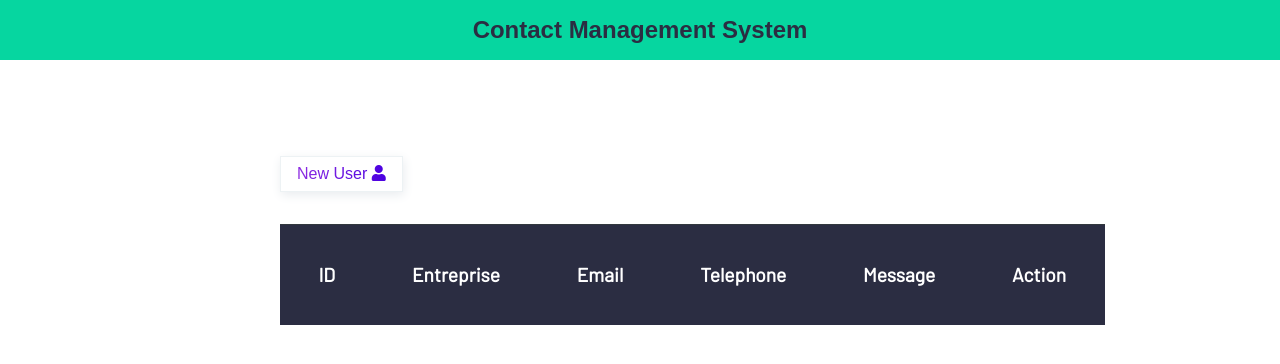
Repository: mohamed-makrani/Global_Development_Service_DBMS
Page: http://localhost/
An editor plug-in stored every save of this project. The page is shown before and after a run of saves, followed by the edit.
The browser window is 1280 px wide. The pictures show the whole page.
Some web fonts or font styles are not loaded; a fallback is used. The page is served by the project's Node server (DBMS/server.js). Other server files are loaded and not shown. Queries for data that is not in the repository find no rows.

Above is the page before, as saved 2024-04-23 17:32:14.

### DBMS/views/index.ejs
<!-- include header -->
<%- include('include/_header') %>
<!-- include header -->

 <!-- Main Site -->
 <main id="site-main">
    <div class="container">
        <div class="box-nav d-flex justify-between">
            <a href="/add-user" class="border-shadow">
                <span class="text-gradient">New User <i class="fas fa-user"></i></span>
            </a>
        </div>

        <!-- form handling -->
        <form action="/" method="POST">
            <table class="table">
                <thead class="thead-dark">
                    <tr>
                        <th>ID</th>
                        <th>Entreprise</th>
                        <th>Email</th>
                        <th>Telephone</th>
                        <th>Message</th>
                        <th>Action</th>
                    </tr>
                </thead>
                <tbody>
                    <%- include('include/_show') %>
                </tbody>
            </table>
        </form>
    </div>
</main>
<!-- /Main Site -->

<!-- include footer -->
<%- include('include/_footer') %>
<!-- /include footer -->

### DBMS/views/include/_header.ejs
<!DOCTYPE html>
<html lang="en">
<head>
    <meta charset="UTF-8">
    <meta name="viewport" content="width=device-width, initial-scale=1.0">
    <title>Management System</title>

    <link rel="stylesheet" href="https://cdnjs.cloudflare.com/ajax/libs/font-awesome/5.15.1/css/all.min.css" integrity="sha512-+4zCK9k+qNFUR5X+cKL9EIR+ZOhtIloNl9GIKS57V1MyNsYpYcUrUeQc9vNfzsWfV28IaLL3i96P9sdNyeRssA==" crossorigin="anonymous" />
    <link rel="stylesheet" href="css/style.css">
</head>
<body>

    <!-- Header -->
        <header id="header">
            <nav>
                <div class="container">
                    <div class="text-center">
                        <a href="/" class="nav-brand text-dark"> Contact Management System </a>
                    </div>
                </div>
            </nav>
        </header>
    <!-- /Header -->

### DBMS/views/include/_show.ejs

<% for(var i = 0; i < users.length; i++) { %>
    <tr>
        <td><%= i + 1 %></td>
        <td><%= users[i].entreprise %></td>
        <td><%= users[i].email %></td>
        <td><%= users[i].telephone %></td>
        <td><%= users[i].message %></td>
        <td>
            <a href="/update-user?id=<%= users[i]._id%>" class="btn border-shadow update">
                <span class="text-gradient"><i class="fas fa-pencil-alt"></i></span>
            </a>
            <a class="btn border-shadow delete" data-id=<%= users[i]._id%> >
                <span class="text-gradient"><i class="fas fa-times"></i></span>
            </a>
        </td>
    </tr>
    <% } %>

### DBMS/server.js
const express = require('express');
const dotenv = require('dotenv');
const morgan = require('morgan');
const bodyparser = require("body-parser");
const path = require('path');

const connectDB = require('./server/database/connection');

const app = express();

dotenv.config( { path : 'config.env'} )

const PORT = process.env.PORT || 8080

// log requests
app.use(morgan('tiny'));

// mongodb connection
connectDB();

// parse request to body-parser
app.use(bodyparser.urlencoded({ extended : true}))

// set view engine
app.set("view engine", "ejs")
//app.set("views", path.resolve(__dirname, "views/ejs"))

// load assets
app.use('/css', express.static(path.resolve(__dirname, "assets/css")))
app.use('/img', express.static(path.resolve(__dirname, "assets/img")))
app.use('/js', express.static(path.resolve(__dirname, "assets/js")))


// load routers
app.use('/', require('./server/routes/router'))


app.listen(PORT, () => {
    console.log(`server is running on port ${PORT}`);
  });

### DBMS/server/controller/controller.js
var Userdb = require('../model/model');

// create and save new user //

exports.create = (req,res)=>{
    // validate request
    if(!req.body){
        res.status(400).send({ message : "Content can not be emtpy!"});
        return;
    }

    // new user
    const user = new Userdb({
        entreprise: req.body.entreprise,
        email : req.body.email,
        telephone : req.body.telephone,
        message  : req.body.message
    })

    // save user in the database
    user
        .save(user)
        .then(data => {
            res.send(data)

        })
        .catch(err =>{
            res.status(500).send({
                message : err.message || "Some error occurred while creating a create operation"
            });
        });

}

// // retrieve and return all users/ retrive and return a single user
exports.find = (req, res)=>{

    if(req.query.id){
        const id = req.query.id;

        Userdb.findById(id)
            .then(data =>{
                if(!data){
                    res.status(404).send({ message : "Not found user with id "+ id})
                }else{
                    res.send(data)
                }
            })
            .catch(err =>{
                res.status(500).send({ message: "Erro retrieving user with id " + id})
            })

    }else{
        Userdb.find()
            .then(user => {
                res.send(user)
            })
            .catch(err => {
                res.status(500).send({ message : err.message || "Error Occurred while retriving user information" })
            })
    }


}

// Update a new idetified user by user id
exports.update = (req, res)=>{
    if(!req.body){
        return res
            .status(400)
            .send({ message : "Data to update can not be empty"})
    }

    const id = req.params.id;
    Userdb.findByIdAndUpdate(id, req.body, { useFindAndModify: false})
        .then(data => {
            if(!data){
                res.status(404).send({ message : `Cannot Update user with ${id}. Maybe user not found!`})
            }else{
                res.send(data)
            }
        })
        .catch(err =>{
            res.status(500).send({ message : "Error Update user information"})
        })
}

// Delete a user with specified user id in the request
exports.delete = (req, res)=>{
    const id = req.params.id;

    Userdb.findByIdAndDelete(id)
        .then(data => {
            if(!data){
                res.status(404).send({ message : `Cannot Delete with id ${id}. Maybe id is wrong`})
            }else{
                res.send({
                    message : "User was deleted successfully!"
                })
            }
        })
        .catch(err =>{
            res.status(500).send({
                message: "Could not delete User with id=" + id
            });
        });
}

### DBMS/server/services/render.js
const axios = require('axios');

exports.homeRoutes = (req, res) => {
    // Make a get request to /api/users
    axios.get('http://localhost:3000/api/users')
        .then(function(response){
            res.render('index', { users : response.data });
        })
        .catch(err =>{
            res.send(err);
        })


}


exports.add_user = (req, res) =>{
    res.render('add_user');
}

exports.update_user = (req, res) =>{
    res.render('update_user');
}

### DBMS/assets/css/style.css
@import url('https://fonts.googleapis.com/css2?family=Barlow&family=PT+Sans&display=swap');

:root {
    --dark: #2b2d42;
    --light: #adb5bd;
    --border: #dee2e6;
    --border-btn: #edf2f4;
}

* {
    padding: 0;
    margin: 0;
    box-sizing: border-box;
}

a {
    text-decoration: none;
    font-family: 'PT Sans', sans-serif;
}

.container {
    max-width: 720px;
    margin: auto;
}

.nav-brand {
    font-size: 1.5em;
    font-weight: bold;
}

.d-flex {
    display: flex;
    flex-wrap: wrap;
}

.justify-between {
    justify-content: space-between;
}

.text-center {
    text-align: center;
}

.border-shadow {
    border: 1px solid var(--border-btn);
    box-shadow: 1px 3px 10px #e9ecef;
}

.text-dark {
    color: var(--dark);
}

.inline {
    display: inline-block;
}

.text-light {
    color: var(--light);
}

.text-gradient {
    background: linear-gradient(to right, #8e2de2, #4a00e0);
    -webkit-background-clip: text;
    background-clip: text;
    -webkit-text-fill-color: transparent;
}

#header nav {
    background-color: #06d6a0;
    padding: 1em 0;
    width: 100%;
}

#site-main {
    margin-top: 6em;
    font-family: 'Barlow', sans-serif;
}

#site-main .container .box-nav > a {
    font-size: 1em;
    padding: .5em 1em;
}

#site-main .container form {
    margin: 2em 0;
}

table {
    border-spacing: 0px;
    width: 90%;
}

.table td,
.table th {
    padding: 2em; /* Increase padding to add space */
    vertical-align: top;
    text-align: center;
    border-top: 1px solid var(--border);
    font-size: 1.2em; /* Increase font size */
}


.table td > a.btn {
    display: inline-block;
    vertical-align: middle;
    margin-right: 0.2em;
}

.table tr {
    height: 3em;
}

.table tr:hover {
    background-color: #06d6a0;
}

.table tr:hover td > a {
    box-shadow: none;
}

.table .thead-dark th {
    color: #fff;
    background-color: var(--dark);
    border-color: #32383e;
}

@media only screen and (max-width: 1024px) {
    table,
    thead,
    tbody,
    th,
    td,
    tr {
        display: block;
    }

    thead tr {
        position: absolute;
        top: -9999px;
        left: -9999px;
    }

    tr {
        border: 1px solid var(--border);
    }

    td {
        border: none;
        position: relative;
    }
}

/*  add user & update user template */
.form-title{
    margin-top: 2em;
}

.form-title > h2{
    padding: .5em 0;
}

.new_user{
    max-width: 786px;
    margin: auto;
}

#update_user .form-group,
#add_user .form-group{
    margin: .4em 0;
}

#update_user .form-group input[type="text"],
#add_user .form-group input[type="text"]{
    width: 100%;
    padding: .6em 1em;
    margin: .5em 0;
    border: 1px solid var(--border);
    font-family: 'Barlow', sans-serif;
    font-size: 1em;
    border-radius: .2em;
}

#update_user .form-group .radio,
#add_user .form-group .radio{
    margin: 1em 2em;
}

/* adding style to radio buttons */
.radio input[type='radio']{
    position: absolute;
    opacity: 0;
}

.radio input[type='radio'] + .radio-label:before{
    content: "";
    background: var(--border-btn);
    border-radius: 100%;
    border: 1px solid var(--border);
    display: inline-block;
    width: 1em;
    height: 1em;
    position: relative;
    top: -0em;
    margin-right: .5em;
    vertical-align: top;
    cursor: pointer;
    text-align: center;
    -webkit-transition: all 250ms ease;
    transition: all 250ms ease;
}

.radio input[type='radio']:checked + .radio-label:before{
    background-color: #16db93;
    box-shadow: inset 0 0 0 4px #e9ecef;
}

.radio input[type='radio']:focus + .radio-label:before{
    outline: none;
    border-color:#16db93;
}

.radio input[type='radio']:disabled + .radio-label:before{
    box-shadow: inset 0 0 0 4px #e9ecef;
    border-color: #b4b4b4;
    background: #b4b4b4;
}

#update_user .form-group .btn,
#add_user .form-group .btn {
    width: 100%;
    padding: .9em 1em;
    background-color: #16db93;
    border: none;
    font-family: 'PT Sans', sans-serif;
    font-size: 1em;
    cursor: pointer;
    border-radius: .6em;
    margin: .5em 0;
}

#update_user .form-group .btn:hover,
#add_user .form-group .btn:hover {
    background-color: var(--dark);
    color: var(--border);
}

Loaded but not shown: DBMS/views/include/_footer.ejs (common file); assets/js/index.js (no copy from this time; the picture is the same without it)

After the next 2 saves:
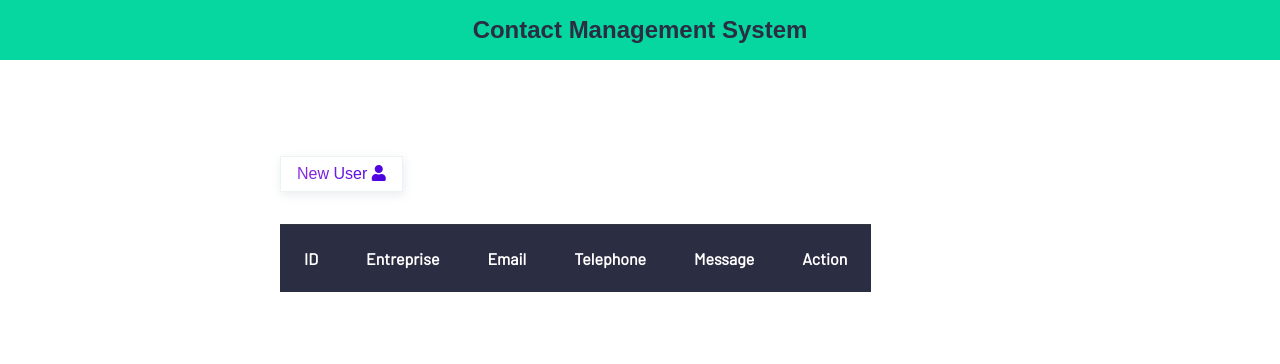
The 2 saves are shown as one change because they came seconds apart.
The last was saved 20 s later.
--- a/DBMS/assets/css/style.css
+++ b/DBMS/assets/css/style.css
@@ -87,18 +87,16 @@ a {
 
 table {
     border-spacing: 0px;
-    width: 90%;
+    width:z;
 }
 
 .table td,
 .table th {
-    padding: 2em; /* Increase padding to add space */
+    padding: 1.5em; /* Adjust padding to add space */
     vertical-align: top;
     text-align: center;
     border-top: 1px solid var(--border);
-    font-size: 1.2em; /* Increase font size */
-}
-
+}
 
 .table td > a.btn {
     display: inline-block;
